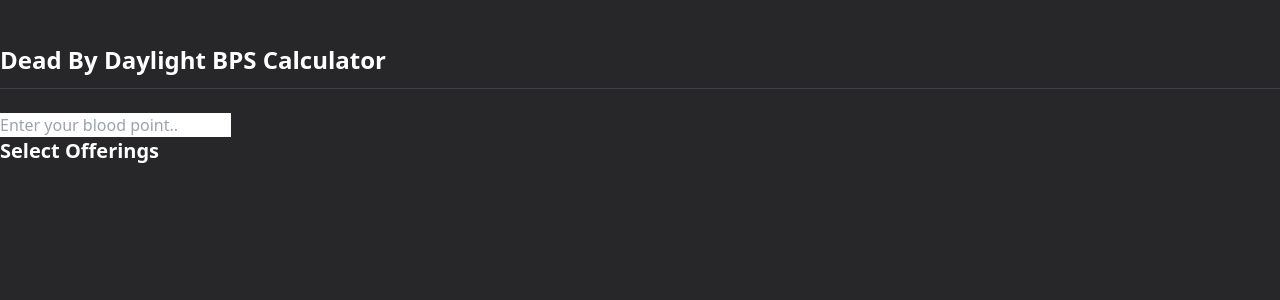
Repository: serhatgundogdu/Survivor-Bloodpoint-Calculator
Page: /
These files come from the project's save history. The page is drawn as it stood at one moment and after the next save; the edit follows.
The browser window is 1280 px wide. The pictures show the whole page.
The project was rebuilt for these pictures with package versions that can differ from the ones it lists, and the page was loaded fresh each time. Also part of the build but not shown: vite.config.js.

Above is the page before, as saved 2023-06-13 14:47:58.

After the next save:
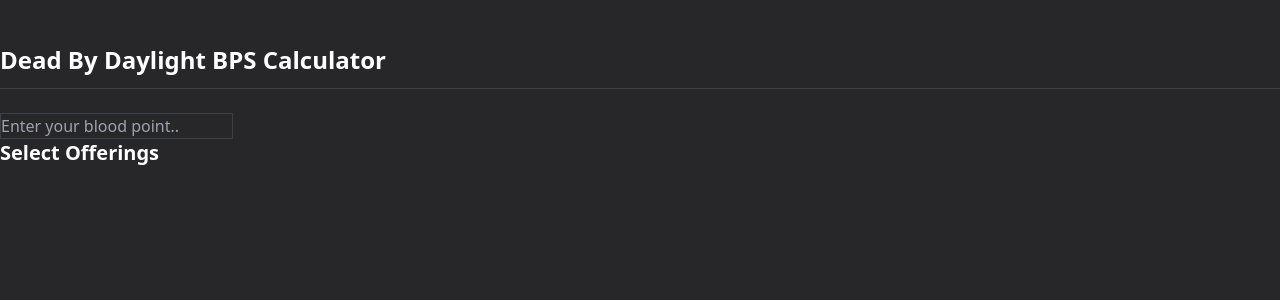
Saved 22 s later.
--- a/src/App.jsx
+++ b/src/App.jsx
@@ -6,7 +6,11 @@
       </header>
 
       <section>
-        <input type="number" placeholder="Enter your blood point.." />
+        <input
+          type="number"
+          placeholder="Enter your blood point.."
+          className="bg-transparent border border-zinc-700"
+        />
       </section>
 
       <section>
